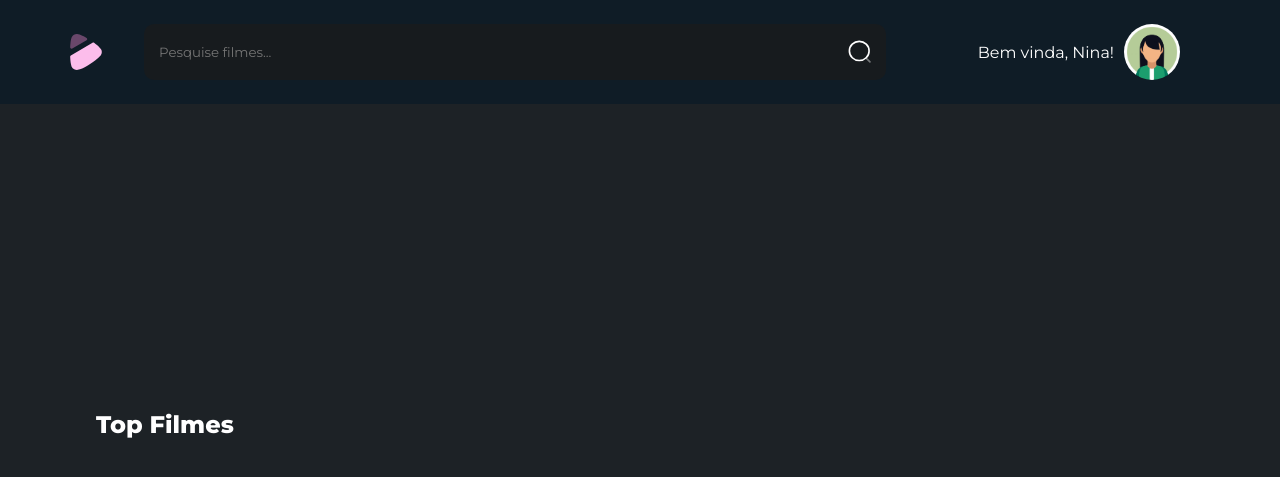
Repository: MilenaMelo/Cubos-Flix
Page: / (app in cubos-flix/)
An editor plug-in stored every save of this project. The page is shown before and after the next save, followed by the edit.
The browser window is 1280 px wide. The pictures show the whole page.
The project was rebuilt for these pictures with package versions that can differ from the ones it lists, and the page was loaded fresh each time.

Above is the page before, as saved 2021-06-19 14:41:39.

### cubos-flix/public/index.html
<!DOCTYPE html>
<html lang="en">
  <head>
    <meta charset="utf-8" />
    <link rel="icon" href="%PUBLIC_URL%/favicon.ico" />
    <meta name="viewport" content="width=device-width, initial-scale=1" />
    <meta name="theme-color" content="#000000" />
    <meta
      name="description"
      content="Web site created using create-react-app"
    />
    <link rel="apple-touch-icon" href="%PUBLIC_URL%/logo192.png" />
    <link rel="manifest" href="%PUBLIC_URL%/manifest.json" />
    <title>Cubos Flix</title>
  </head>
  <body>
    <noscript>You need to enable JavaScript to run this app.</noscript>
    <div id="root"></div>

  </body>
</html>

### cubos-flix/src/App.js
import './App.css';
import Navbar from './components/Navbar';

function App() {
  return (
    <div className="app">
      <header className="header">
        <Navbar/>
      </header>
      <section className="content">
        <h1>Top Filmes</h1>

      </section>
      <section className="side-content">

      </section>
    </div>
  );
}

export default App;

### cubos-flix/src/App.css
@import url('https://fonts.googleapis.com/css2?family=Montserrat:wght@400;600;800&display=swap');

/* ----------- SCREEN ----------- */
* {
    margin: 0px;
    font-family: 'Montserrat', sans-serif;
    color: #FFFFFF;
}

/* ----------- APPLICATION ----------- */

.app {
    height: 100vh;
    display: grid;
    grid-template-areas: 'header header'
                         'content side-content';
    grid-gap: 24px 50px;
    background-color: #1D2226;
}

.header {
    grid-area: header;
}

.content {
    grid-area: content;
}

.side-content {
    grid-area: side-content;
}


.content {
    padding-left: 96px;
}

### cubos-flix/src/components/Navbar/index.js
import './style.css'
import logo from '../../assets/images/logo.svg'
import search_icon from '../../assets/images/search-icon.svg'
import profile_img from '../../assets/images/profile.jpg'


function Navbar() {
    return (
        <header className='navbar'>
            <img className='logo' src={logo} alt="logo"/>
            <div className='search-container'>
                <input className='search-input' type="text" name="Pesquisa" placeholder="Pesquise filmes..."/>
                <img className='search-img' src={search_icon} alt="Input de pesquisa"/>
            </div>
            <div className='profile-container'>
                <span>Bem vinda, Nina!</span>
                <img className='profile-img' src={profile_img} alt="Foto de perfil"/>
            </div>
        </header>
    );
}

export default Navbar;

### cubos-flix/src/components/Navbar/style.css
/* ----------- NAVBAR ----------- */

.navbar {
    display: flex;
    padding: 24px 100px 24px 70px;
    background: #0F1C26;
}

/* ----------- LOGO ----------- */

.logo {
    margin-right: 42px;
}

/* ----------- SEARCH ----------- */

.search-container {
    display: flex;
    flex-grow: 1;
    position: relative;
    margin-right: 92px;
}

.search-input {
    width: 100%;
    outline: 0;
    padding: 16px 14px;
    border-radius: 10px;
    border: 1px solid transparent;
    background: #171B1E;
}

.search-input:hover {
    border: 1px solid #8C8C8C;
}

.search-input:focus {
    border: 1px solid #FDFDFD;
}

.search-img {
    height: 24px;
    cursor: pointer;
    align-self: center;
    position: absolute;
    right: 15px;
}

/* ----------- PROFILE ----------- */

.profile-container {
    display: flex;
    align-items: center;
    gap: 10px;
}

.profile-img {
    height: 56px;
    border-radius: 50%;
}

Loaded but not shown: cubos-flix/src/index.js (common file)

After the next save:
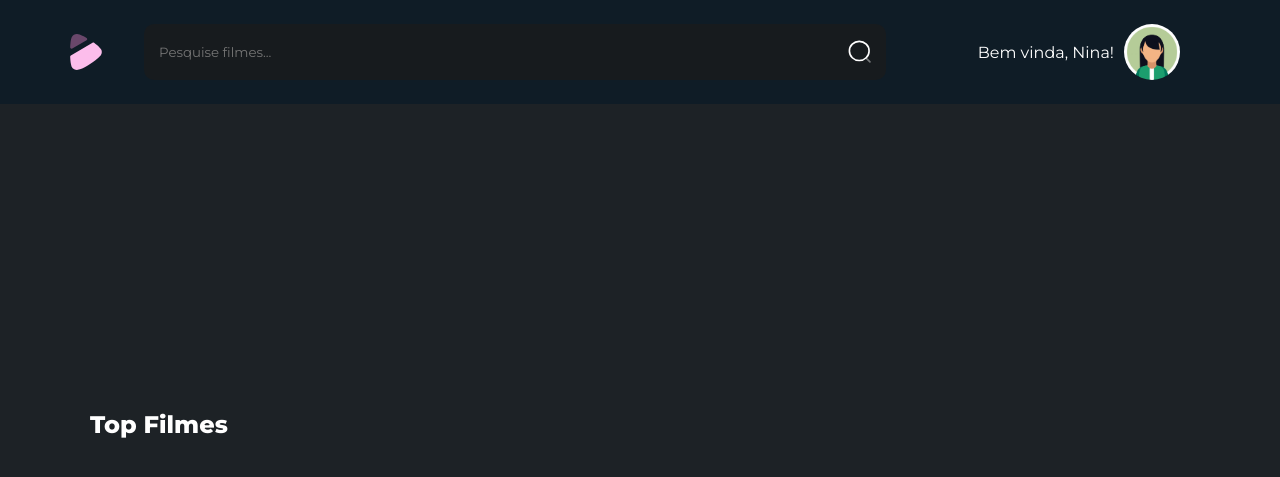
Saved 9 s later.
--- a/cubos-flix/src/App.css
+++ b/cubos-flix/src/App.css
@@ -32,5 +32,5 @@
 
 
 .content {
-    padding-left: 96px;
+    padding-left: 90px;
 }

After the save that followed:
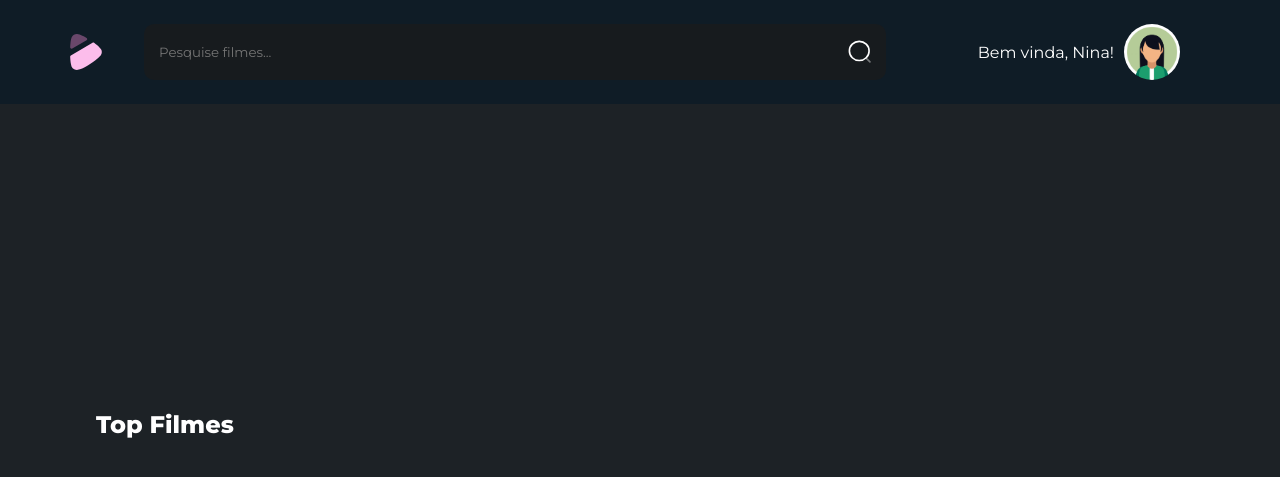
Saved 13 s later.
--- a/cubos-flix/src/App.css
+++ b/cubos-flix/src/App.css
@@ -32,5 +32,5 @@
 
 
 .content {
-    padding-left: 90px;
+    padding-left: 96px;
 }
